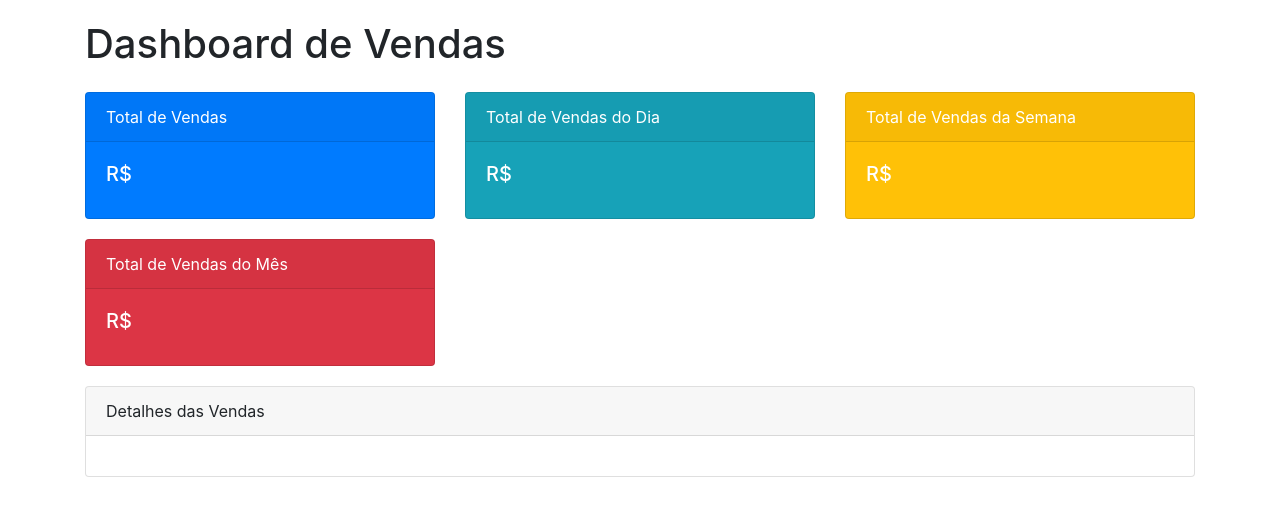
Repository: joaobatistafrontend/vendas_produto
Page: templates/dashboard.html
These files come from the project's save history. The page is drawn as it stood at one moment and after the next save; the edit follows.
The browser window is 1280 px wide. The pictures show the whole page.
The template is drawn by Django 5.2. The application's start-up code is not run. The template is opened directly, without the code that normally fills it, so the values that code supplies are empty.

Above is the page before, as saved 2024-08-03 14:59:41.

After the next save:
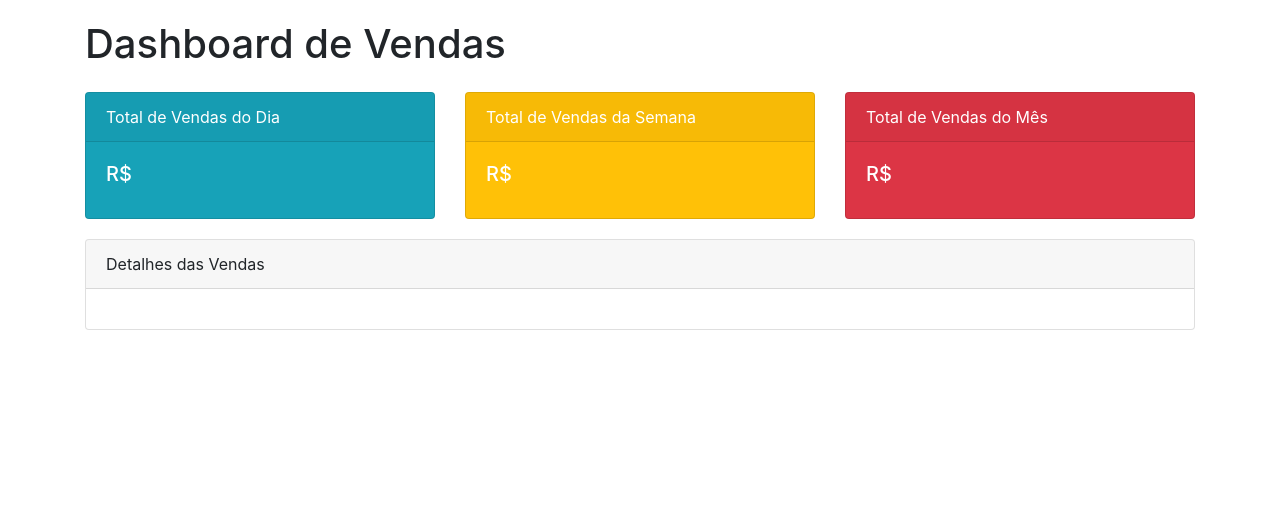
Saved 45 s later.
--- a/templates/dashboard.html
+++ b/templates/dashboard.html
@@ -19,14 +19,14 @@
         <h1 class="mb-4">Dashboard de Vendas</h1>
 
         <div class="row">
-            <div class="col-md-4">
+            <!-- <div class="col-md-4">
                 <div class="card text-white bg-primary">
                     <div class="card-header">Total de Vendas</div>
                     <div class="card-body">
                         <h5 class="card-title">R${{ total }}</h5>
                     </div>
                 </div>
-            </div>
+            </div> -->
 
             <div class="col-md-4">
                 <div class="card text-white bg-info">
